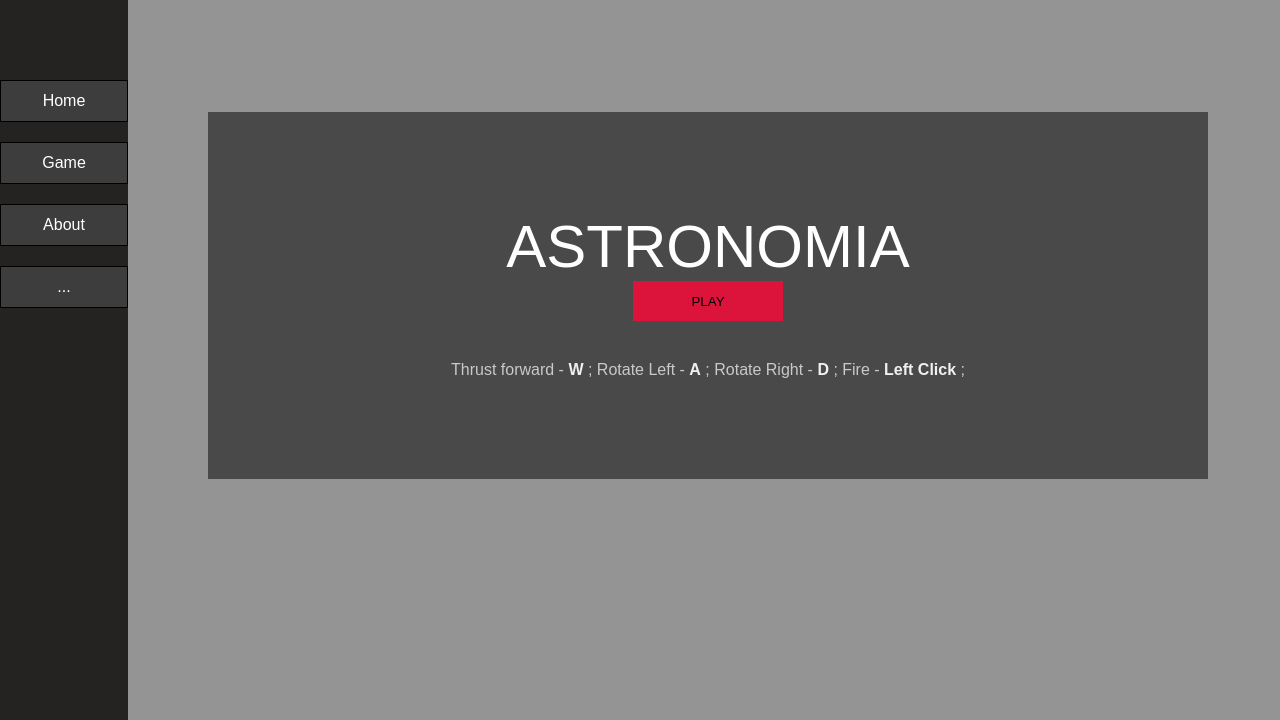
Repository: LaukiniXs/astronomia
Page: index.html
An editor plug-in stored every save of this project. The page is shown before and after the next save, followed by the edit.
The browser window is 1280 px wide. The pictures show the whole page.

Above is the page before, as saved 2020-05-18 14:32:04.
Not found: index.ts

After the next save:
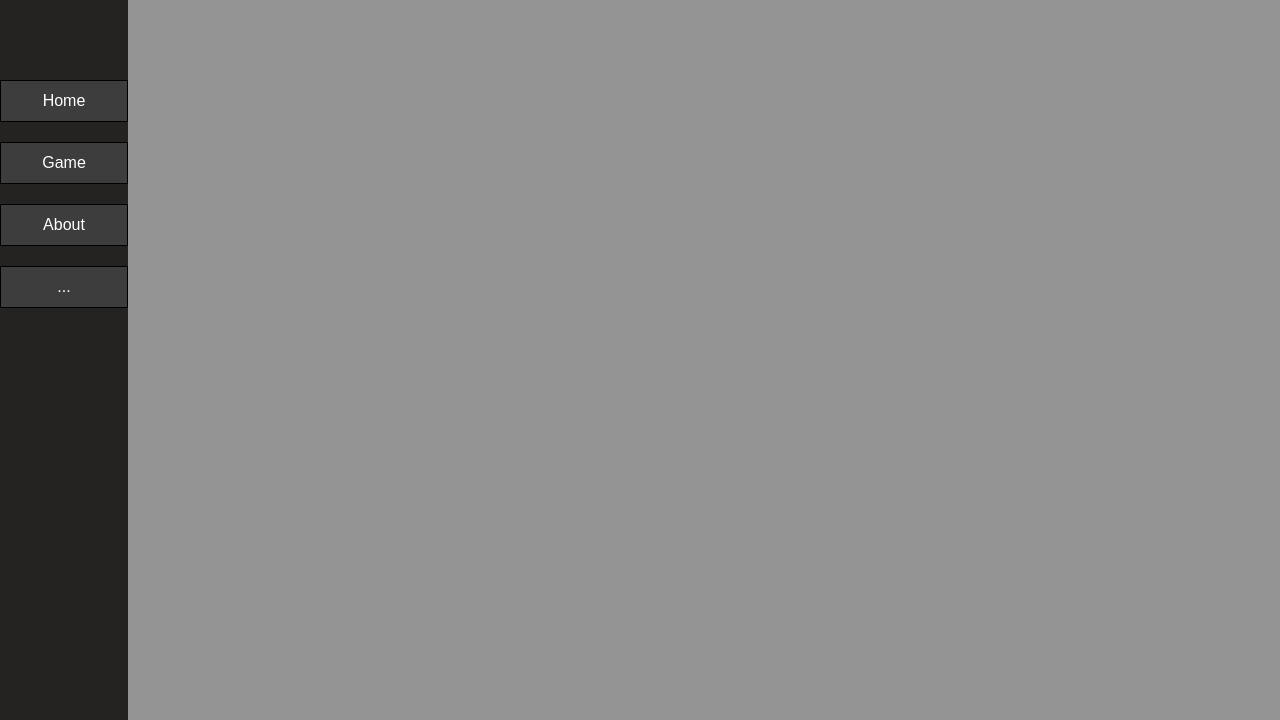
Saved 3 min 17 s later.
--- a/index.html
+++ b/index.html
@@ -8,28 +8,9 @@
 	<body>
 		<div id="sidebar">
 		<button class="button" style="height:42px; margin-top: 80px;"><a href="">Home</a></button>
-		<button class="button" style="height:42px;"><a href="">Game</a></button>
+		<button class="button" style="height:42px;"><a href="./index1.html">Game</a></button>
 		<button class="button" style="height:42px;"><a href="">About</a></button>
 		<button class="button" style="height:42px;"><a href="">...</a></button>
-		</div>
-		<div id="clearFloat"></div>
-		<div id="gamediv">
-			<div id="splash">
-				<p id="title">ASTRONOMIA</p>
-				<button id="play-btn">PLAY</button>
-				<p id="controls"> Thrust forward - <span class="controlBtn">W</span> ;
-					Rotate Left - <span class="controlBtn">A</span> ;
-					Rotate Right - <span class="controlBtn">D</span> ;
-					Fire - <span class="controlBtn">Left Click</span> ;</p>
-			</div>
-			<div class="clearFloat"></div>
-			<div id="gameover">
-				<p id="gameoverText">Game Over</p>
-				<p id="tip">Refresh the page to try again</p>
-			</div>
-			<div id="log"></div>
-			<audio id="backgroundMusic" src="./audio/backgroundMusic.mp3" preload loop></audio>
-			<script id="game" src="./index.ts"></script>
 		</div>
 	</body>
 
